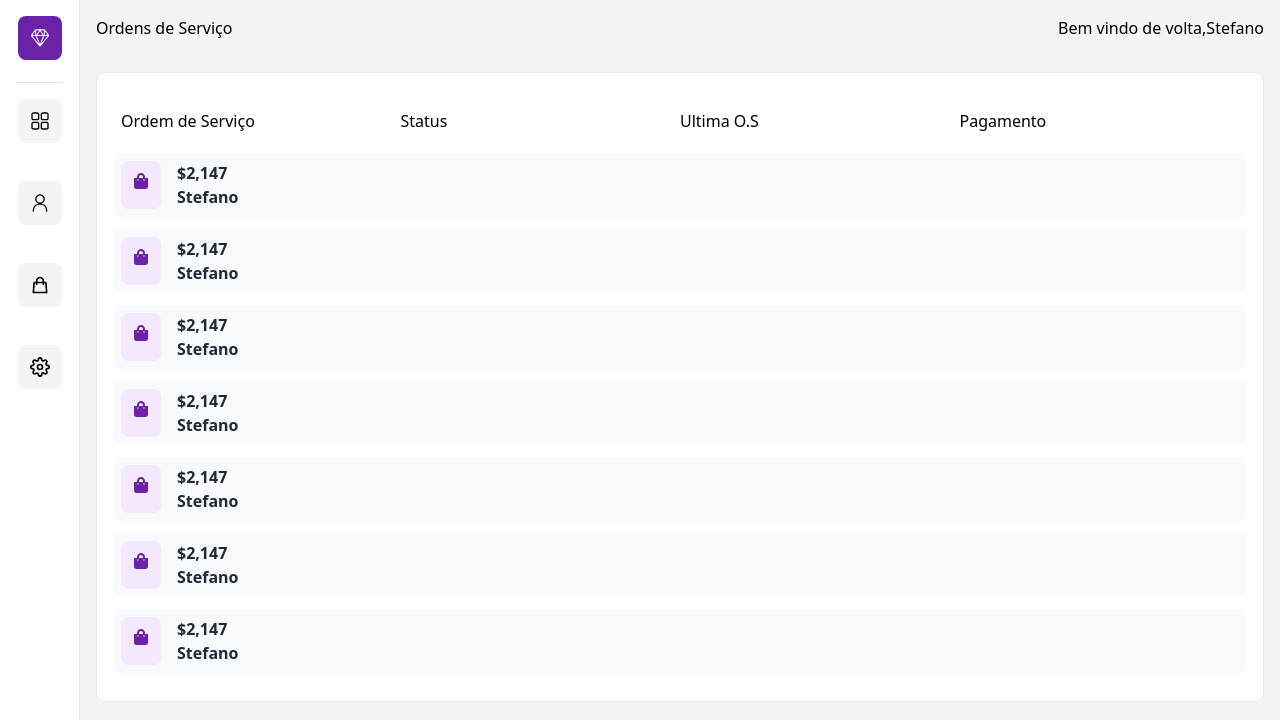
Repository: stefanosousaa/dashboard-next13
Page: /orders
These files come from the project's save history. The page is drawn as it stood at one moment and after the next save; the edit follows.
The browser window is 1280 px wide. The pictures show the whole page.
The project was rebuilt for these pictures with package versions that can differ from the ones it lists, and the page was loaded fresh each time. The framework's server and built-in components were replaced by stand-ins that run in the browser. Also part of the build but not shown: next.config.js.

Above is the page before, as saved 2023-05-18 18:33:37.

### pages/_app.js
import Sidebar from '@/components/Sidebar'
import '@/styles/globals.css'

export default function App({ Component, pageProps }) {
  return (
    <Sidebar>
        <Component {...pageProps} />
    </Sidebar>

  )
}

### pages/orders.jsx
import React from 'react'
import { FaShoppingBag } from 'react-icons/fa'
import {data} from '../data/data.js'

const orders = () => {
  return (
    <div className='bg-gray-100 min-h-screen'>
        <div className='flex justify-between p-4'>
            <h2>Ordens de Serviço</h2>
            <h2>Bem vindo de volta,Stefano</h2>
        </div>
        <div className='p-4'>
            <div className='w-full m-auto p-4 border rounded-lg bg-white overflow-y-auto'>
              <div className='my-3 p-2 grid md:grid-cols-4 sm:grid-cols-3 grid-cols-2 items-center justify-between cursor-pointer'>
                <span>Ordem de Serviço</span>
                <span className='sm:text-left text-right'>Status</span>
                <span className='hidden md:grid'>Ultima O.S</span>
                <span className='hidden sm:grid'>Pagamento</span>
              </div>
              <ul>
                {data.map((order,id) => (
                    <li key={id} className='bg-gray-50 hover:bg-gray-100 rounded-lg my-3 p-2 grid md:grid-cols-4 sm:grid-cols-3 grid-cols-2 items-center justify-between cursor-pointer'>
                      <div className='flex'>
                          <div className='bg-purple-100 p-3 rounded-lg'>
                             <FaShoppingBag className='text-purple-800'/>
                           </div>
                        <div className='pl-4'>
                            <p className='text-gray-800 font-bold'>${order.total.toLocaleString()}</p>
                            <p className='text-gray-800 font-bold'>{order.name.first}</p>
                        </div>
                        </div>


                    </li>
                ))}
              </ul>
            </div>
        </div>
    </div>
  )
}

export default orders

### components/Sidebar.jsx
import Link from 'next/link'
import Image from 'next/image'
import React from 'react'
import {RxSketchLogo,RxDashboard, RxPerson} from 'react-icons/rx'
import {FiSettings} from 'react-icons/fi'
import {HiOutlineShoppingBag} from 'react-icons/hi'

const Sidebar = ({children}) => {
  return (
    <div className='flex'>
        <div className='fixed w-20 h-screen p-4 bg-white border-r-[1px] flex flex-col justify-between'>
        <div className='flex flex-col items-center'>

          <Link href='/'>
            <div className='bg-purple-800 text-white p-3 rounded-lg inline-block'>
              <RxSketchLogo size={20}/>
            </div>
          </Link>
          <span className='border-b-[1px] border-gray-200 w-full p-2'></span>
          <Link href='/'>
            <div className='bg-gray-100 hover:bg-gray-200 cursor-pointer my-4 p-3 rounded-lg inline-block'>
              <RxDashboard size={20}/>
            </div>
          </Link>
          <Link href='/costumers'>
            <div className='bg-gray-100 hover:bg-gray-200 cursor-pointer my-4 p-3 rounded-lg inline-block'>
              <RxPerson size={20}/>
            </div>
          </Link>
          <Link href='/orders'>
            <div className='bg-gray-100 hover:bg-gray-200 cursor-pointer my-4 p-3 rounded-lg inline-block'>
              <HiOutlineShoppingBag size={20}/>
            </div>
          </Link>
          <Link href='/'>
            <div className='bg-gray-100 hover:bg-gray-200 cursor-pointer my-4 p-3 rounded-lg inline-block'>
              <FiSettings size={20}/>
            </div>
          </Link>
        </div>
        </div>

        <main className='ml-20 w-full'>{children}</main>
    </div>
  )
}

export default Sidebar

### data/data.js
export const data = [
    {
        id:1,
        name: {
            first: 'Stefano',
            last: 'Sousa',
        },
        total: 2147.00,
        status: 'On Hold',
        method: 'PayPal',
        date: '15 minutos atrás',
    },
    {
        id:2,
        name: {
            first: 'Stefano',
            last: 'Sousa',
        },
        total: 2147.00,
        status: 'On Hold',
        method: 'PayPal',
        date: '15 minutos atrás',
    },
    {
        id:3,
        name: {
            first: 'Stefano',
            last: 'Sousa',
        },
        total: 2147.00,
        status: 'On Hold',
        method: 'PayPal',
        date: '15 minutos atrás',
    },
    {
        id:4,
        name: {
            first: 'Stefano',
            last: 'Sousa',
        },
        total: 2147.00,
        status: 'On Hold',
        method: 'PayPal',
        date: '15 minutos atrás',
    },
    {
        id:5,
        name: {
            first: 'Stefano',
            last: 'Sousa',
        },
        total: 2147.00,
        status: 'On Hold',
        method: 'PayPal',
        date: '15 minutos atrás',
    },
    {
        id:6,
        name: {
            first: 'Stefano',
            last: 'Sousa',
        },
        total: 2147.00,
        status: 'On Hold',
        method: 'PayPal',
        date: '15 minutos atrás',
    },
    {
        id:7,
        name: {
            first: 'Stefano',
            last: 'Sousa',
        },
        total: 2147.00,
        status: 'On Hold',
        method: 'PayPal',
        date: '15 minutos atrás',
    },
]

Loaded but not shown: pages/_document.js (common file); styles/globals.css (common file); tailwind.config.js (common file)

After the next save:
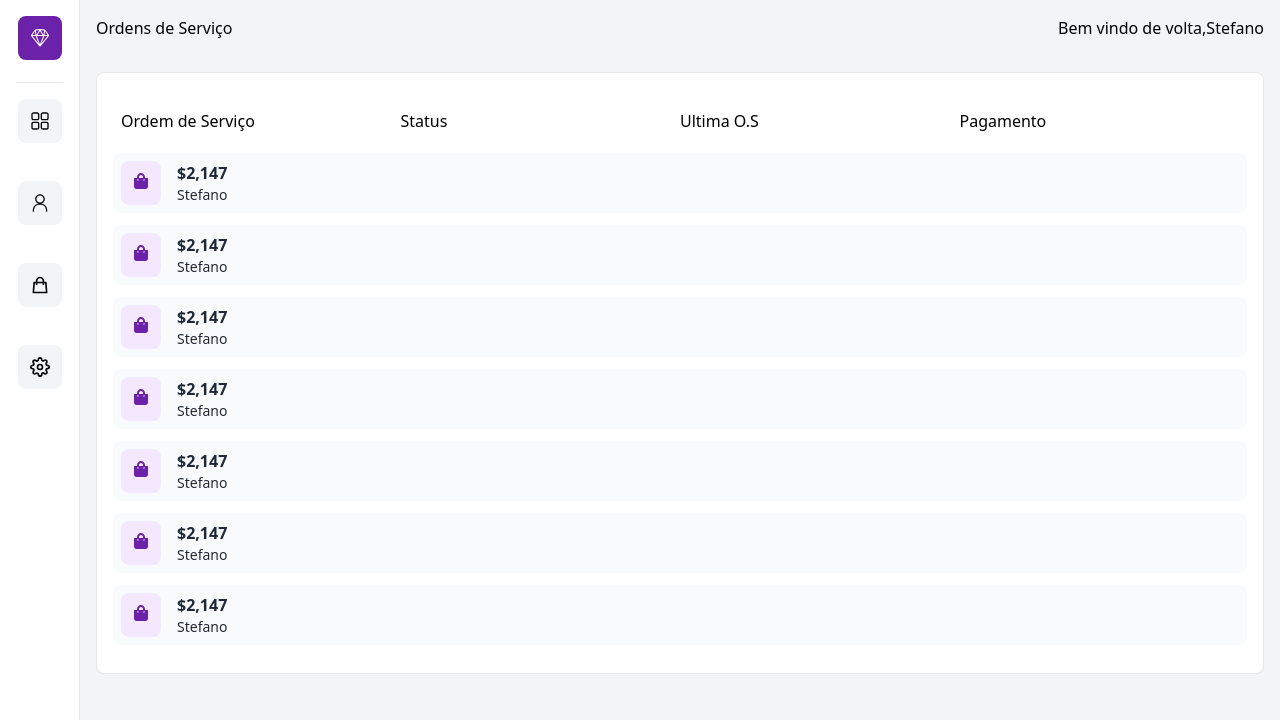
Saved 27 s later.
--- a/pages/orders.jsx
+++ b/pages/orders.jsx
@@ -26,7 +26,7 @@ const orders = () => {
                            </div>
                         <div className='pl-4'>
                             <p className='text-gray-800 font-bold'>${order.total.toLocaleString()}</p>
-                            <p className='text-gray-800 font-bold'>{order.name.first}</p>
+                            <p className='text-gray-800 text-sm'>{order.name.first}</p>
                         </div>
                         </div>
 
